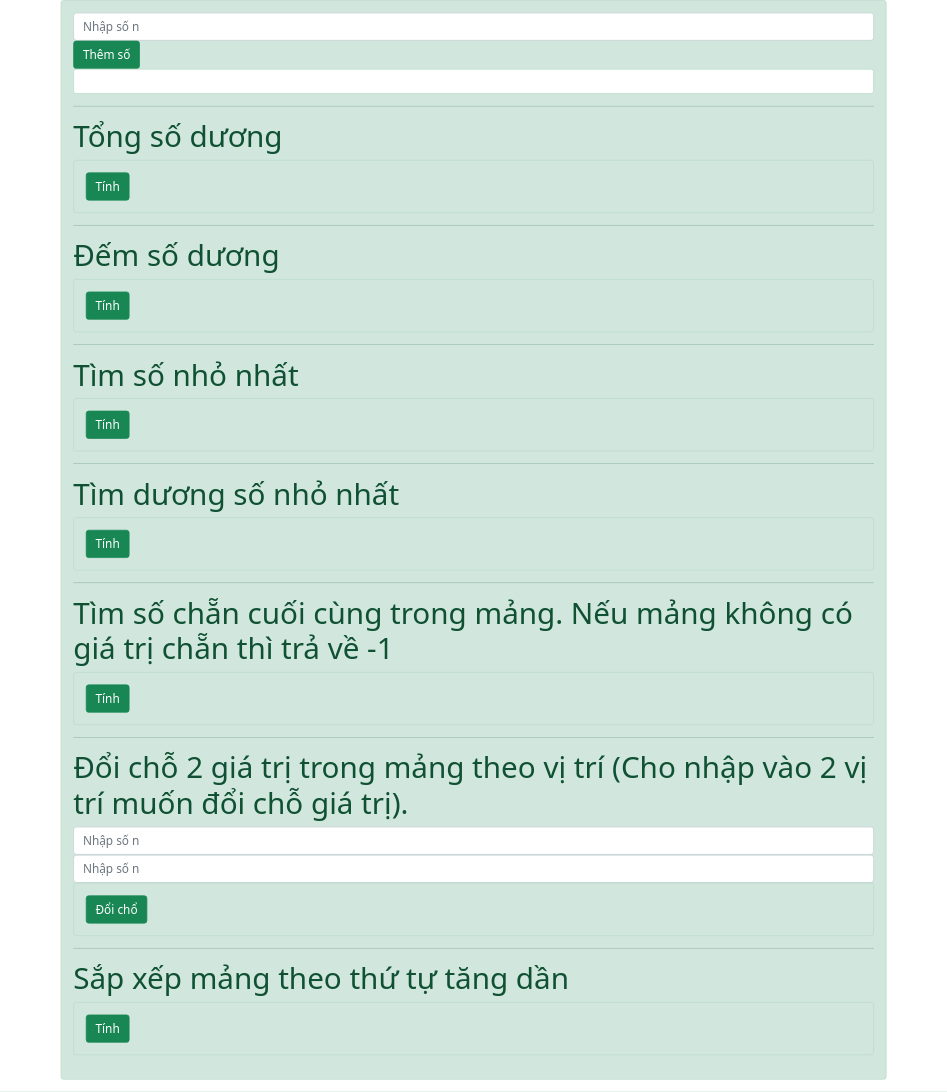
Repository: qkhanh1104k/Js-buoi7-8
Page: index.html
These files come from the project's save history. The page is drawn as it stood at one moment and after the next save; the edit follows.
The browser window is 1280 px wide. The pictures show the whole page, at 74% of full size.

Above is the page before, as saved 2022-07-26 23:16:58.

### index.html
<!DOCTYPE html>
<html lang="en">
  <head>
    <meta charset="UTF-8" />
    <meta http-equiv="X-UA-Compatible" content="IE=edge" />
    <meta name="viewport" content="width=device-width, initial-scale=1.0" />
    <title>Document</title>
    <link
      href="https://cdn.jsdelivr.net/npm/bootstrap@5.1.3/dist/css/bootstrap.min.css"
      rel="stylesheet"
      integrity="sha384-1BmE4kWBq78iYhFldvKuhfTAU6auU8tT94WrHftjDbrCEXSU1oBoqyl2QvZ6jIW3"
      crossorigin="anonymous"
    />
  </head>
  <body>
    <div class="container">
      <div>
        <div class="alert alert-success">
          <input
            type="text"
            placeholder="Nhập số n"
            id="txtNum"
            class="form-control"
          />
          <button class="btn btn-success" onclick="addNum()">Thêm số</button>
          <div
            class="alert alert-success"
            id="resultBt1"
            style="background-color: #fff"
          ></div>
          <hr />
          <h1>Tổng số dương</h1>
          <div>
            <div class="alert alert-success" id="resBt2">
              <button class="btn btn-success" onclick="calcSumNegative()">
                Tính
              </button>
            </div>
          </div>
          <hr />
          <h1>Đếm số dương</h1>
          <div>
            <div class="alert alert-success" id="resBt3">
              <button class="btn btn-success" onclick="calcCountNegative()">
                Tính
              </button>
            </div>
          </div>
          <hr />
          <h1>Tìm số nhỏ nhất</h1>
          <div>
            <div class="alert alert-success" id="resBt4">
              <button class="btn btn-success" onclick="calcTheSmallest()">
                Tính
              </button>
            </div>
          </div>
          <hr />
          <h1>Tìm dương số nhỏ nhất</h1>
          <div>
            <div class="alert alert-success" id="resBt5">
              <button class="btn btn-success" onclick="calcTheSmallestNev()">
                Tính
              </button>
            </div>
          </div>
          <hr />
          <h1>
            Tìm số chẵn cuối cùng trong mảng. Nếu mảng không có giá trị chẵn thì
            trả về -1
          </h1>
          <div>
            <div class="alert alert-success" id="resBt6">
              <button class="btn btn-success" onclick="findLastEven()">
                Tính
              </button>
            </div>
          </div>
          <hr />
          <h1>
            Đổi chỗ 2 giá trị trong mảng theo vị trí (Cho nhập vào 2 vị trí muốn
            đổi chỗ giá trị).
          </h1>
          <div>
            <input
              type="text"
              placeholder="Nhập số n"
              id="txtNumBt6"
              class="form-control"
            />
            <input
              type="text"
              placeholder="Nhập số n"
              id="txtNumBt62"
              class="form-control"
            />
            <div class="alert alert-success" id="resBt7">
              <button class="btn btn-success" onclick="swappedNum()">
                Đổi chổ
              </button>
            </div>
          </div>
          <hr>
          <h1>Sắp xếp mảng theo thứ tự tăng dần</h1>
          <div>
            <div class="alert alert-success" id="resBt8">
              <button class="btn btn-success" onclick="rangeMoveUp()">Tính</button>
            </div>
          </div>
        </div>
      </div>
    </div>
    <script src="./index.js"></script>
  </body>
</html>

### index.js
var txtNum = [];
function addNum() {
  var inputNum = document.getElementById("txtNum").value * 1;
  txtNum.push(inputNum);
  document.getElementById("resultBt1").innerHTML = txtNum;
}
// ex1:tính tổng số dương
function calcSumNegative() {
  var sum = 0;
  for (var i = 0; i < txtNum.length; i++) {
    if (txtNum[i] > 0) {
      sum += txtNum[i];
    }
  }
  document.getElementById("resBt2").innerHTML = sum;
}
// ex2:đếm só dương
function calcCountNegative() {
  var sum = 0;
  for (var i = 0; i < txtNum.length; i++) {
    if (txtNum[i] > 0) {
      sum++;
    }
  }
  document.getElementById("resBt3").innerHTML = sum;
}
// ex3:tìm số nhỏ nhất
function calcTheSmallest() {
  var min = txtNum[0];
  for (var i = 1; i < txtNum.length; i++) {
    if (min > txtNum[i]) {
      min = txtNum[i];
    }
  }
  document.getElementById("resBt4").innerHTML = min;
}
// ex 4:tìm số dương nhỏ nhất
function calcTheSmallestNev() {
  var min = txtNum[0];
  for (var i = 1; i < txtNum.length; i++) {
    if (min > txtNum[i] && txtNum[i] > 0) {
      min = txtNum[i];
    }
  }
  document.getElementById("resBt5").innerHTML = min;
}

// ex5:Tìm số chẵn cuối cùng trong mảng. Nếu mảng không có giá trị chẵn thì trả về -1.
function checkEven(n) {
  var flag = 1;
  if (n % 2 == 0) {
    flag = 0;
  }
  return flag;
}
function findLastEven() {
  var num1;
  for (var i = txtNum.length - 1; i >= 0; i--) {
    //i= 5
    if (checkEven(txtNum[i]) == 1) {
      num1 = txtNum[i];
      return num1;
    } else {
      return -1;
    }
  }
  document.getElementById("resBt6").innerHTML = num1;
}

// ex6:Đổi chỗ 2 giá trị trong mảng theo vị trí (Cho nhập vào 2 vị trí muốn đổi chỗ giá trị).
function swappedNum() {
  var k = +document.getElementById("txtNumBt6").value;
  var g = +document.getElementById("txtNumBt62").value;
  var num1 = txtNum[k];
  txtNum[k] = txtNum[g];
  txtNum[g] = num1;
  document.getElementById("resBt7").innerHTML = txtNum;
}
// ex7:Sắp xếp mảng theo thứ tự tăng dần.

function rangeMoveUp() {
  for (var k = txtNum.length - 1; k >= 0; k--) {
    var isSwapped = false;
    for (var i = 0; i < k; i++) {
      if (txtNum[i] > txtNum[i + 1]) {
        var temp = txtNum[i];
        txtNum[i] = txtNum[i + 1];
        txtNum[i + 1] = temp;
        isSwapped = true;
      }
    }
    if (isSwapped === false) {
      document.getElementById("resBt8").innerHTML = txtNum;
      return;
    }
  }
  document.getElementById("resBt8").innerHTML = txtNum;
}
// ex8;Tìm số nguyên tố đầu tiên trong mảng. Nếu mảng không có số nguyên tố thì trả về – 1.
// ex9:Nhập thêm 1 mảng số thực, tìm xem trong mảng có bao nhiêu số nguyên?
// ex10: So sánh số lượng số dương và số lượng số âm xem số nào nhiều hơn.
function comparisonsNum() {
  var sumNeg = 0;
  var sumPos = 0;
  for (var i = 0; i < txtNum.length; i++) {
    if (txtNum[i] > 0) {
      sumNeg++;
    } else {
      sumPos++;
    }
  }
  if (sumNeg === sumPos) {
    document.getElementById("resBt3").innerHTML = "Số âm = số dương ";
  } else if (sumNeg > sumPos) {
    document.getElementById("resBt3").innerHTML = "Số âm < số dương ";
  } else {
    document.getElementById("resBt3").innerHTML = "Số âm < số dương ";
  }
}

After the next save:
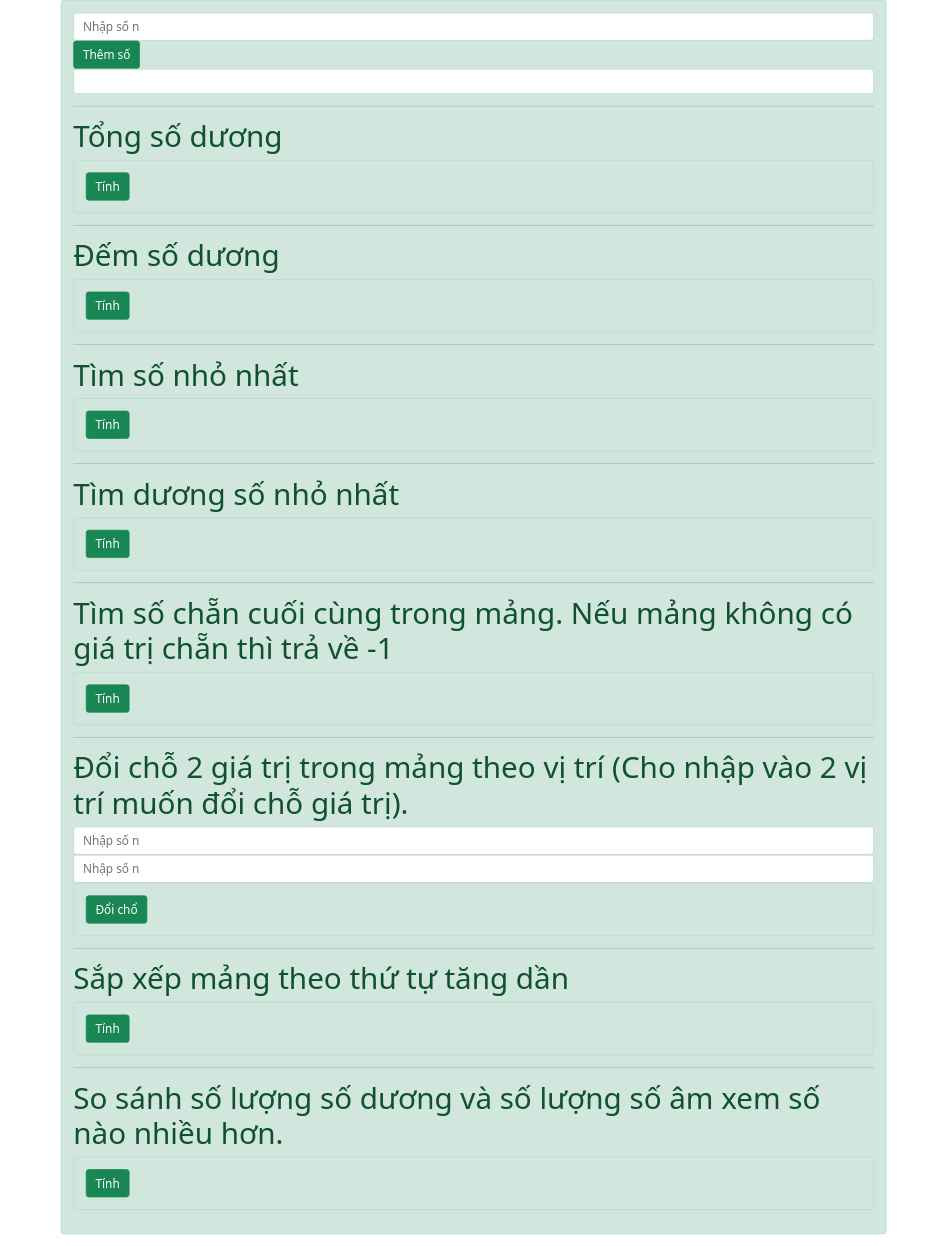
Saved 7 s later.
--- a/index.html
+++ b/index.html
@@ -106,6 +106,12 @@
             <div class="alert alert-success" id="resBt8">
               <button class="btn btn-success" onclick="rangeMoveUp()">Tính</button>
             </div>
+          </div> <hr>
+          <h1> So sánh số lượng số dương và số lượng số âm xem số nào nhiều hơn.</h1>
+          <div>
+            <div class="alert alert-success" id="resBt11">
+              <button class="btn btn-success" onclick="comparisonsNum()">Tính</button>
+            </div>
           </div>
         </div>
       </div>
